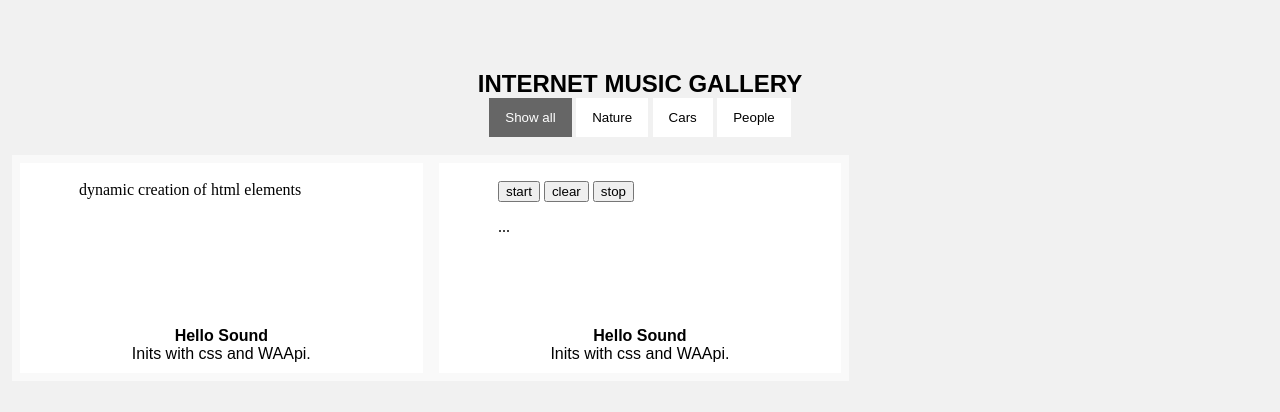
Repository: zzigo/internetmusic
Page: index.html
The author's editor kept a copy of each file at every save. The page is drawn from the files as they stood at one save, then again after the next save.
The browser window is 1280 px wide. The pictures show the whole page.

Above is the page before, as saved 2022-07-05 06:46:05.
Console error: SyntaxError: Unexpected token '.'

### index.html
<!DOCTYPE html>
<html lang="en">

<head>
    <meta charset="UTF-8">
    <meta http-equiv="X-UA-Compatible" content="IE=edge">
    <meta name="viewport" content="width=device-width, initial-scale=1.0">
    <title>IM repository</title>

    <style>
        /* Variables */
        @thumbnail-width: 1440px;
        @thumbnail-height: 900px;
        @thumbnail-zoom: 0.25;

        /* Basic CSS Reset */
        * {
            margin: 0;
            padding: 0;
            box-sizing: border-box;
        }

        /* Demo-specific styling */
        body {
            text-align: center;
            margin-top: 50px;
        }

        /* This container helps the thumbnail behave as if it were an unscaled IMG element */
        .column {
            width: calc(@thumbnail-width * @thumbnail-zoom);
            height: calc(@thumbnail-height * @thumbnail-zoom);
            display: inline-block;
            overflow: hidden;
            position: relative;
            background: #f9f9f9;
        }

        /* Image Icon for the Background */
        .column::before {
            position: absolute;
            left: ~"calc(50% - 16px)";
            top: ~"calc(50% - 18px)";
            opacity: 0.2;
            display: block;
            -ms-zoom: 2;
            -o-transform: scale(2);
            -moz-transform: scale(2);
            -webkit-transform: scale(2);
            /* content: url("data:[embedded picture, 1590 characters]"); */
        }

        /* This is a masking container for the zoomed iframe element */
        .thumbnail {
            background-color: white;
            padding: 10px;
            -ms-zoom: @thumbnail-zoom;
            -moz-transform: scale(@thumbnail-zoom);
            -moz-transform-origin: 0 0;
            -o-transform: scale(@thumbnail-zoom);
            -o-transform-origin: 0 0;
            -webkit-transform: scale(@thumbnail-zoom);
            -webkit-transform-origin: 0 0;
        }



        /* This is our screen sizing */
        .thumbnail,
        .thumbnail iframe {
            width: @thumbnail-width;
            height: @thumbnail-height;
        }

        /* This facilitates the fade-in transition instead of flicker. It also helps us maintain the illusion that this is an image, since some webpages will have a preloading animation or wait for some images to download */
        .thumbnail iframe {
            opacity: 0;
            transition: all 300ms ease-in-out;
        }

        /* This pseudo element masks the iframe, so that mouse wheel scrolling and clicking do not affect the simulated "screenshot" */
        .thumbnail:after {
            content: "";
            display: block;
            position: absolute;
            top: 0;
            left: 0;
            right: 0;
            bottom: 0;
        }

        * {
            box-sizing: border-box;
        }

        body {
            background-color: #f1f1f1;
            padding: 20px;
            font-family: Arial;
        }

        /* Center website */
        .main {
            max-width: 1000px;
            margin: auto;
        }

        h1 {
            font-size: 50px;
            word-break: break-all;
        }

        .row {
            margin: 10px -16px;
        }

        /* Add padding BETWEEN each column */
        .row,
        .row>.column {
            padding: 8px;
        }

        /* Create three equal columns that floats next to each other */
        .column {
            float: left;
            width: 33.33%;
            display: none;
            /* Hide all elements by default */
        }

        /* Clear floats after rows */
        .row:after {
            content: "";
            display: table;
            clear: both;
        }



        /* The "show" class is added to the filtered elements */
        .show {
            display: block;
        }

        /* Style the buttons */
        .btn {
            border: none;
            outline: none;
            padding: 12px 16px;
            background-color: white;
            cursor: pointer;
        }

        .btn:hover {
            background-color: #ddd;
        }

        .btn.active {
            background-color: #666;
            color: white;
        }
    </style>
</head>

<body>


    <h2>INTERNET MUSIC GALLERY</h2>
    <div id="myBtnContainer">
        <button class="btn active" onclick="filterSelection('all')"> Show all</button>
        <button class="btn" onclick="filterSelection('tonejs')"> Nature</button>
        <button class="btn" onclick="filterSelection('canvas')"> Cars</button>
        <button class="btn" onclick="filterSelection('webaudioapi')"> People</button>
    </div>

    <div class="row">
        <div class="column tonejs">
            <div class="thumbnail">
                <!-- <img src="/w3images/mountains.jpg" alt="Mountains" style="width:100%"> -->
                <iframe src="./class01/hellosound03.html" frameborder="0" onload="this.style.opacity = 1"></iframe>

                <h4>Hello Sound</h4>
                <p>Inits with css and WAApi.</p>
            </div>
        </div>

        <div class="column waaudioapi">
            <div class="thumbnail">
                <!-- <img src="/w3images/mountains.jpg" alt="Mountains" style="width:100%"> -->
                <iframe src="./class02-tonejs/tonejs01.html" frameborder="0" onload="this.style.opacity = 1"></iframe>

                <h4>Hello Sound</h4>
                <p>Inits with css and WAApi.</p>
            </div>
        </div>





        <!-- END GRID -->
    </div>

    <!-- END MAIN -->
    </div>

    <script>
        filterSelection("all")

        function filterSelection(c) {
            var x, i;
            x = document.getElementsByClassName("column");
            if (c == "all") c = "";
            for (i = 0; i < x.length; i++) {
                w3RemoveClass(x[i], "show");
                if (x[i].className.indexOf(c) > -1) w3AddClass(x[i], "show");
            }
        }

        function w3AddClass(element, name) {
            var i, arr1, arr2;
            arr1 = element.className.split(" ");
            arr2 = name.split(" ");
            for (i = 0; i < arr2.length; i++) {
                if (arr1.indexOf(arr2[i]) == -1) {
                    element.className += " " + arr2[i];
                }
            }
        }

        function w3RemoveClass(element, name) {
            var i, arr1, arr2;
            arr1 = element.className.split(" ");
            arr2 = name.split(" ");
            for (i = 0; i < arr2.length; i++) {
                while (arr1.indexOf(arr2[i]) > -1) {
                    arr1.splice(arr1.indexOf(arr2[i]), 1);
                }
            }
            element.className = arr1.join(" ");
        }


        // Add active class to the current button (highlight it)
        var btnContainer = document.getElementById("myBtnContainer");
        var btns = btnContainer.getElementsByClassName("btn");
        for (var i = 0; i < btns.length; i++) {
            btns[i].addEventListener("click", function () {
                var current = document.getElementsByClassName("active");
                current[0].className = current[0].className.replace(" active", "");
                this.className += " active";
            });
        }
    </script>

</body>

</html>

### class01/hellosound03.html
<html>

<head>
    <style>
        body {
            height: 500px;
        }
    </style>
</head>

<body>
    <p>dynamic creation of html elements</p>
    <script>
        var freq = 200;
        var duration = 1;
        var vol = 0.05;

        function createElem() {
            console.log("volumen " + vol)
            let h1Elem = document.createElement("h1");
            let text = document.createTextNode("Hello Sound at: " + freq + " Hz! and " + duration.toFixed(2) + " ''");
            h1Elem.appendChild(text);
            document.body.appendChild(h1Elem);
            h1Elem.style.opacity = vol;
            playOsc();

        }
        document.body.addEventListener("click", createElem);


        function playOsc() {

            //sound
            const context = new AudioContext(),
                osc = new OscillatorNode(context),
                amp = new GainNode(context, {
                    gain: vol
                });
            osc.connect(amp).connect(context.destination);
            osc.start();
            freq = Math.round(Math.random() * 1000);
            duration = (Math.random() * 2000);
            vol = Math.random() / 2;




            osc.frequency.value = freq;
            osc.stop(duration);

        }
    </script>
</body>

</html>

### class02-tonejs/tonejs01.html
<!DOCTYPE html>
<html lang="en">

<head>
    <script src="https://cdnjs.cloudflare.com/ajax/libs/tone/14.8.3/Tone.js"
        integrity="sha512-nUjml8mN4CNYqBAy0ndDrd8pJV/eTtBNDsnvNtPqozx9/BccUeWSoKW14qWkQUnhuh8E3m+yra3qdzM68lqPEQ=="
        crossorigin="anonymous"></script>
    <meta charset="UTF-8">
    <meta http-equiv="X-UA-Compatible" content="IE=edge">
    <meta name="viewport" content="width=device-width, initial-scale=1.0">
    <title>Document</title>
</head>

<body>
    <button id="start">start</button>
    <button id="clear">clear</button>
    <button id="stop">stop</button>
    <p id="status">...</p>

    <script>
        let clicks = 1;
        const osc = new Tone.Oscillator('C1').toDestination();
        document.getElementById("clear") ? .addEventListener('click', () => {
            clicks = 0;
        });
        document.getElementById("stop") ? .addEventListener('click', () => {
            osc.stop(0);
        });
        document.getElementById('start') ? .addEventListener('click', async () => {

            let newValue = "C" + clicks.toString();
            osc.frequency.rampTo(newValue, .4);

            console.log("starting with", newValue);
            osc.start();
            document.getElementById("status").innerText = "playing " + newValue;
            clicks += 1;
        })
    </script>
</body>

</html>

After the next save:
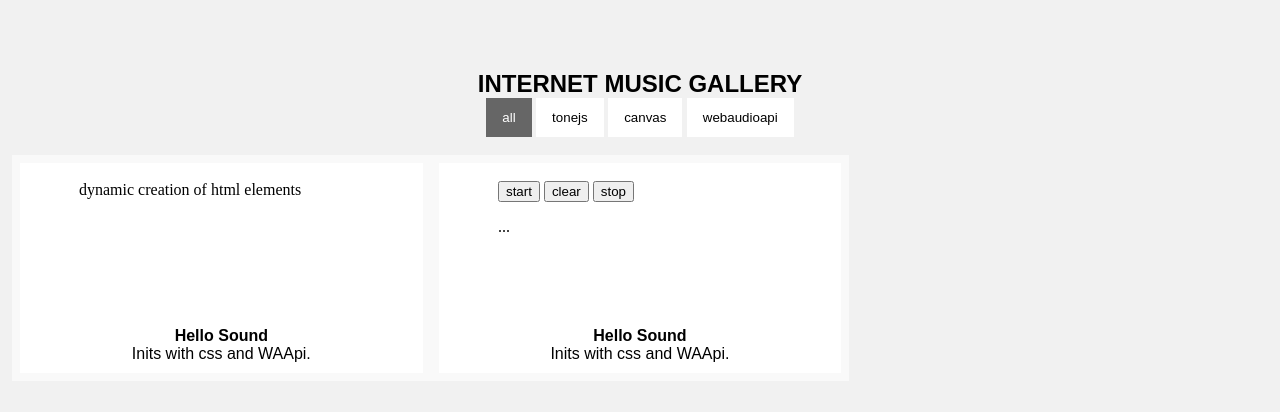
Saved 22 s later.
--- a/index.html
+++ b/index.html
@@ -167,10 +167,10 @@
 
     <h2>INTERNET MUSIC GALLERY</h2>
     <div id="myBtnContainer">
-        <button class="btn active" onclick="filterSelection('all')"> Show all</button>
-        <button class="btn" onclick="filterSelection('tonejs')"> Nature</button>
-        <button class="btn" onclick="filterSelection('canvas')"> Cars</button>
-        <button class="btn" onclick="filterSelection('webaudioapi')"> People</button>
+        <button class="btn active" onclick="filterSelection('all')"> all</button>
+        <button class="btn" onclick="filterSelection('tonejs')"> tonejs</button>
+        <button class="btn" onclick="filterSelection('canvas')"> canvas</button>
+        <button class="btn" onclick="filterSelection('webaudioapi')"> webaudioapi</button>
     </div>
 
     <div class="row">
